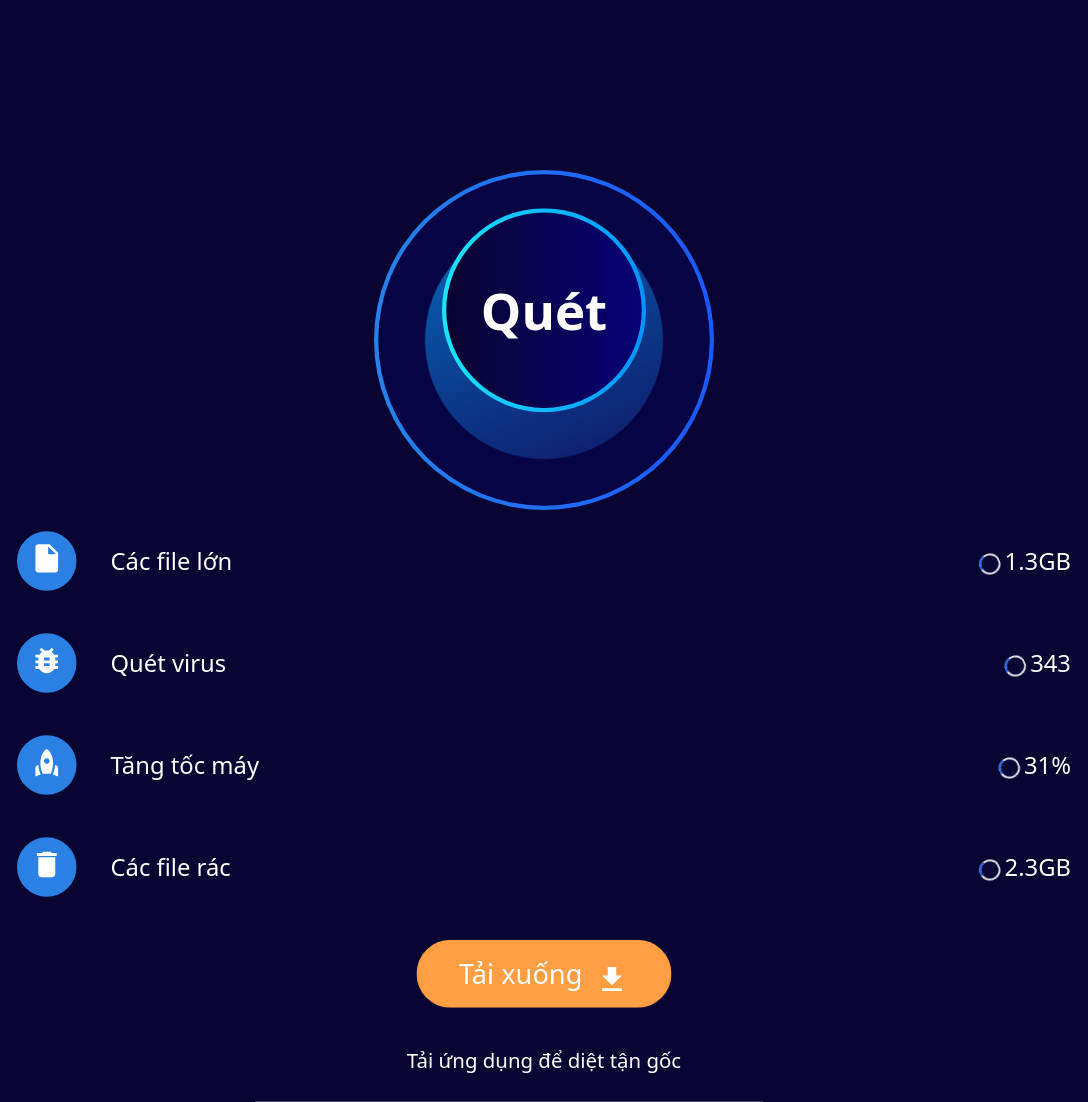
Repository: Kiendz3202/anti-virus-landingpage-mobile
Page: /, after clicking the first element matching `div.from-\[\#1CE5F8\]`
These files come from the project's save history. The page is drawn as it stood at one moment and after the next save; the edit follows.
The browser window is 1280 px wide. The pictures show the whole page, at 85% of full size.
The project was rebuilt for these pictures with package versions that can differ from the ones it lists, and the page was loaded fresh each time. The framework's server and built-in components were replaced by stand-ins that run in the browser. Also part of the build but not shown: next.config.js.

Above is the page before, as saved 2023-01-08 19:14:16.

### pages/index.js
import HomeView from '../views';

export default function Home() {
	return <HomeView />;
}

### styles/globals.css
@tailwind base;
@tailwind components;
@tailwind utilities;

@layer base {
	html {
		/* font-size: calc(15px + 0.390625vw); //15px */
		font-size: 10px;
	}

	* {
		box-sizing: border-box;
	}

	@media (max-width: 640px) {
		html {
			font-size: 7px;
		}
	}

	@media (min-width: 640px) {
		html {
			font-size: 7px;
		}
	}

	@media (min-width: 768px) {
		html {
			font-size: 8px;
		}
	}

	@media (min-width: 1024px) {
		html {
			font-size: 9px;
		}
	}

	@media (min-width: 1280px) {
		html {
			font-size: 10px;
		}
	}
}

### views/index.js
import React, { useEffect, useState } from 'react';
import ScanResult from '../components/ScanResult';
import ScanShield from '../components/ScanShield';
import { delay } from '../utils/delay';

function HomeView() {
	// const [isCheckingInitial, setIsCheckingInitial] = useState(true);
	const [loadingScan, setLoadingScan] = useState(false);
	const [showResult, setShowResult] = useState(false);
	// useEffect(() => {
	// 	const intervalID = setTimeout(() => {
	// 		setIsCheckingInitial((toggle) => !toggle);
	// 	}, 2000);

	// 	return () => clearInterval(intervalID);
	// }, []);

	const scanHandle = async () => {
		if (!showResult) {
			// setIsCheckingInitial(false);
			setLoadingScan(true);
			// await delay(4000);
			setLoadingScan(false);
			setShowResult(true);
		}
	};
	return (
		<div className="h-screen bg-[#080533]">
			<div
				className={` w-full   transition-all ease-in-out duration-[1500ms] pt-[20rem] ${
					showResult ? ' h-[0px]' : 'h-screen'
				}`}
			>
				<div
					className={`bg-[#08043D] h-[40rem] w-[40rem] mx-auto rounded-full flex items-center justify-center ${
						showResult ? 'hidden' : ''
					}`}
				>
					<div className=" bg-[#070446] h-[32rem] w-[32rem] rounded-full flex items-center justify-center relative">
						<div className="bg-gradient-to-r from-[#0F2171] to-[#075DAF] h-[28rem] w-[28rem] rounded-full flex items-center justify-center animate-spin"></div>
						<div
							onClick={scanHandle}
							className=" bg-gradient-to-r from-[#1CE5F8] to-[#0092FF] h-[24rem] w-[24rem] rounded-full flex items-center justify-center absolute top-[4rem]"
						>
							<div className=" bg-gradient-to-r from-[#08042E] to-[#060075] h-[23rem] w-[23rem] rounded-full flex items-center justify-center ">
								<span className="text-white text-[6rem] font-semibold">
									Quét
								</span>
							</div>
						</div>
					</div>
				</div>
			</div>
			{showResult ? (
				<div className="text-white">
					<ScanShield />
					<ScanResult />
				</div>
			) : (
				''
			)}
		</div>
	);
}

export default HomeView;

### components/ScanResult.js
import InsertDriveFileIcon from '@mui/icons-material/InsertDriveFile';
import BugReportIcon from '@mui/icons-material/BugReport';
import RocketIcon from '@mui/icons-material/Rocket';
import DeleteIcon from '@mui/icons-material/Delete';
import FileDownloadIcon from '@mui/icons-material/FileDownload';
import { useState, useEffect } from 'react';
import { delay } from '../utils/delay';

function getRandomArbitrary(min, max) {
	return Math.random() * (max - min) + min;
}

function ScanResult() {
	const [isScanning, setIsScanning] = useState(true);
	const [bigFile, setBigFile] = useState(
		getRandomArbitrary(0.3, 2).toString().slice(0, 3)
	);
	const [virus, setVirus] = useState(
		getRandomArbitrary(108, 352).toString().split('.')[0]
	);
	const [speedPercent, setSpeedPercent] = useState(
		getRandomArbitrary(30, 80).toString().split('.')[0]
	);
	const [trashFile, setTrashFile] = useState(
		getRandomArbitrary(0.2, 3).toString().slice(0, 3)
	);
	const arr = Array.from(Array(30).keys());

	const loopAsync = async () => {
		for (const number of arr) {
			setBigFile(() => getRandomArbitrary(0.3, 2).toString().slice(0, 3));
			setVirus(
				() => getRandomArbitrary(108, 352).toString().split('.')[0]
			);
			setSpeedPercent(
				() => getRandomArbitrary(30, 80).toString().split('.')[0]
			);
			setTrashFile(() =>
				getRandomArbitrary(0.2, 3).toString().slice(0, 3)
			);
			await delay(200);
		}
		setIsScanning(false);
	};
	useEffect(() => {
		loopAsync();
	}, []);

	// const bigFile = getRandomArbitrary(0.3, 2).toString().slice(0, 3);
	// const virus = getRandomArbitrary(108, 352).toString().split('.')[0];
	// const speedPercent = getRandomArbitrary(30, 80).toString().split('.')[0];
	// const trashFile = getRandomArbitrary(0.2, 3).toString().slice(0, 3);
	// console.log(trashFile);
	return (
		<div className="bg-[#080533]">
			{/* big file  */}
			<div className="flex justify-between  h-[12rem] items-center text-[2.8rem] font-medium ">
				<div>
					<div className="bg-[#2A81E3] text-white rounded-full w-[7rem] h-[7rem] ml-[2rem]">
						<InsertDriveFileIcon
							sx={{
								fontSize: '4rem',
								marginLeft: '1.5rem',
								marginTop: '1.2rem',
							}}
						/>
					</div>
				</div>
				<div className=" mr-auto ml-[4rem]">Các file lớn</div>
				<div className="flex">
					{isScanning && (
						<div role="status">
							<svg
								aria-hidden="true"
								class="inline w-10 h-10 mr-2 text-gray-200 animate-spin dark:text-gray-600 fill-blue-600"
								viewBox="0 0 100 101"
								fill="none"
								xmlns="http://www.w3.org/2000/svg"
							>
								<path
									d="M100 50.5908C100 78.2051 77.6142 100.591 50 100.591C22.3858 100.591 0 78.2051 0 50.5908C0 22.9766 22.3858 0.59082 50 0.59082C77.6142 0.59082 100 22.9766 100 50.5908ZM9.08144 50.5908C9.08144 73.1895 27.4013 91.5094 50 91.5094C72.5987 91.5094 90.9186 73.1895 90.9186 50.5908C90.9186 27.9921 72.5987 9.67226 50 9.67226C27.4013 9.67226 9.08144 27.9921 9.08144 50.5908Z"
									fill="currentColor"
								/>
								<path
									d="M93.9676 39.0409C96.393 38.4038 97.8624 35.9116 97.0079 33.5539C95.2932 28.8227 92.871 24.3692 89.8167 20.348C85.8452 15.1192 80.8826 10.7238 75.2124 7.41289C69.5422 4.10194 63.2754 1.94025 56.7698 1.05124C51.7666 0.367541 46.6976 0.446843 41.7345 1.27873C39.2613 1.69328 37.813 4.19778 38.4501 6.62326C39.0873 9.04874 41.5694 10.4717 44.0505 10.1071C47.8511 9.54855 51.7191 9.52689 55.5402 10.0491C60.8642 10.7766 65.9928 12.5457 70.6331 15.2552C75.2735 17.9648 79.3347 21.5619 82.5849 25.841C84.9175 28.9121 86.7997 32.2913 88.1811 35.8758C89.083 38.2158 91.5421 39.6781 93.9676 39.0409Z"
									fill="currentFill"
								/>
							</svg>
							<span class="sr-only">Loading...</span>
						</div>
					)}
					<div className="pr-[2rem]">{bigFile}GB</div>
				</div>
			</div>
			{/* diet virus  */}
			<div className="flex justify-between  h-[12rem] items-center text-[2.8rem] font-medium">
				<div>
					<div className="bg-[#2A81E3] text-white rounded-full w-[7rem] h-[7rem] ml-[2rem]">
						<BugReportIcon
							sx={{
								fontSize: '4rem',
								marginLeft: '1.5rem',
								marginTop: '1.2rem',
							}}
						/>
					</div>
				</div>
				<div className=" mr-auto ml-[4rem]">Quét virus</div>
				<div className="flex">
					{isScanning && (
						<div role="status">
							<svg
								aria-hidden="true"
								class="inline w-10 h-10 mr-2 text-gray-200 animate-spin dark:text-gray-600 fill-blue-600"
								viewBox="0 0 100 101"
								fill="none"
								xmlns="http://www.w3.org/2000/svg"
							>
								<path
									d="M100 50.5908C100 78.2051 77.6142 100.591 50 100.591C22.3858 100.591 0 78.2051 0 50.5908C0 22.9766 22.3858 0.59082 50 0.59082C77.6142 0.59082 100 22.9766 100 50.5908ZM9.08144 50.5908C9.08144 73.1895 27.4013 91.5094 50 91.5094C72.5987 91.5094 90.9186 73.1895 90.9186 50.5908C90.9186 27.9921 72.5987 9.67226 50 9.67226C27.4013 9.67226 9.08144 27.9921 9.08144 50.5908Z"
									fill="currentColor"
								/>
								<path
									d="M93.9676 39.0409C96.393 38.4038 97.8624 35.9116 97.0079 33.5539C95.2932 28.8227 92.871 24.3692 89.8167 20.348C85.8452 15.1192 80.8826 10.7238 75.2124 7.41289C69.5422 4.10194 63.2754 1.94025 56.7698 1.05124C51.7666 0.367541 46.6976 0.446843 41.7345 1.27873C39.2613 1.69328 37.813 4.19778 38.4501 6.62326C39.0873 9.04874 41.5694 10.4717 44.0505 10.1071C47.8511 9.54855 51.7191 9.52689 55.5402 10.0491C60.8642 10.7766 65.9928 12.5457 70.6331 15.2552C75.2735 17.9648 79.3347 21.5619 82.5849 25.841C84.9175 28.9121 86.7997 32.2913 88.1811 35.8758C89.083 38.2158 91.5421 39.6781 93.9676 39.0409Z"
									fill="currentFill"
								/>
							</svg>
							<span class="sr-only">Loading...</span>
						</div>
					)}
					<div className="pr-[2rem]">{virus}</div>
				</div>
			</div>
			{/* tang toc  */}
			<div className="flex justify-between  h-[12rem] items-center text-[2.8rem] font-medium">
				<div>
					<div className="bg-[#2A81E3] text-white rounded-full w-[7rem] h-[7rem] ml-[2rem]">
						<RocketIcon
							sx={{
								fontSize: '4rem',
								marginLeft: '1.5rem',
								marginTop: '1.2rem',
							}}
						/>
					</div>
				</div>
				<div className=" mr-auto ml-[4rem]">Tăng tốc máy</div>
				<div className="flex">
					{isScanning && (
						<div role="status">
							<svg
								aria-hidden="true"
								class="inline w-10 h-10 mr-2 text-gray-200 animate-spin dark:text-gray-600 fill-blue-600"
								viewBox="0 0 100 101"
								fill="none"
								xmlns="http://www.w3.org/2000/svg"
							>
								<path
									d="M100 50.5908C100 78.2051 77.6142 100.591 50 100.591C22.3858 100.591 0 78.2051 0 50.5908C0 22.9766 22.3858 0.59082 50 0.59082C77.6142 0.59082 100 22.9766 100 50.5908ZM9.08144 50.5908C9.08144 73.1895 27.4013 91.5094 50 91.5094C72.5987 91.5094 90.9186 73.1895 90.9186 50.5908C90.9186 27.9921 72.5987 9.67226 50 9.67226C27.4013 9.67226 9.08144 27.9921 9.08144 50.5908Z"
									fill="currentColor"
								/>
								<path
									d="M93.9676 39.0409C96.393 38.4038 97.8624 35.9116 97.0079 33.5539C95.2932 28.8227 92.871 24.3692 89.8167 20.348C85.8452 15.1192 80.8826 10.7238 75.2124 7.41289C69.5422 4.10194 63.2754 1.94025 56.7698 1.05124C51.7666 0.367541 46.6976 0.446843 41.7345 1.27873C39.2613 1.69328 37.813 4.19778 38.4501 6.62326C39.0873 9.04874 41.5694 10.4717 44.0505 10.1071C47.8511 9.54855 51.7191 9.52689 55.5402 10.0491C60.8642 10.7766 65.9928 12.5457 70.6331 15.2552C75.2735 17.9648 79.3347 21.5619 82.5849 25.841C84.9175 28.9121 86.7997 32.2913 88.1811 35.8758C89.083 38.2158 91.5421 39.6781 93.9676 39.0409Z"
									fill="currentFill"
								/>
							</svg>
							<span class="sr-only">Loading...</span>
						</div>
					)}
					<div className="pr-[2rem]">{speedPercent}%</div>
				</div>
			</div>
			{/* Các file rác   */}
			<div className="flex justify-between  h-[12rem] items-center text-[2.8rem] font-medium">
				<div>
					<div className="bg-[#2A81E3] text-white rounded-full w-[7rem] h-[7rem] ml-[2rem]">
						<DeleteIcon
							sx={{
								fontSize: '4rem',
								marginLeft: '1.5rem',
								marginTop: '1.2rem',
							}}
						/>
					</div>
				</div>
				<div className=" mr-auto ml-[4rem]">Các file rác</div>
				<div className="flex">
					{isScanning && (
						<div role="status">
							<svg
								aria-hidden="true"
								class="inline w-10 h-10 mr-2 text-gray-200 animate-spin dark:text-gray-600 fill-blue-600"
								viewBox="0 0 100 101"
								fill="none"
								xmlns="http://www.w3.org/2000/svg"
							>
								<path
									d="M100 50.5908C100 78.2051 77.6142 100.591 50 100.591C22.3858 100.591 0 78.2051 0 50.5908C0 22.9766 22.3858 0.59082 50 0.59082C77.6142 0.59082 100 22.9766 100 50.5908ZM9.08144 50.5908C9.08144 73.1895 27.4013 91.5094 50 91.5094C72.5987 91.5094 90.9186 73.1895 90.9186 50.5908C90.9186 27.9921 72.5987 9.67226 50 9.67226C27.4013 9.67226 9.08144 27.9921 9.08144 50.5908Z"
									fill="currentColor"
								/>
								<path
									d="M93.9676 39.0409C96.393 38.4038 97.8624 35.9116 97.0079 33.5539C95.2932 28.8227 92.871 24.3692 89.8167 20.348C85.8452 15.1192 80.8826 10.7238 75.2124 7.41289C69.5422 4.10194 63.2754 1.94025 56.7698 1.05124C51.7666 0.367541 46.6976 0.446843 41.7345 1.27873C39.2613 1.69328 37.813 4.19778 38.4501 6.62326C39.0873 9.04874 41.5694 10.4717 44.0505 10.1071C47.8511 9.54855 51.7191 9.52689 55.5402 10.0491C60.8642 10.7766 65.9928 12.5457 70.6331 15.2552C75.2735 17.9648 79.3347 21.5619 82.5849 25.841C84.9175 28.9121 86.7997 32.2913 88.1811 35.8758C89.083 38.2158 91.5421 39.6781 93.9676 39.0409Z"
									fill="currentFill"
								/>
							</svg>
							<span class="sr-only">Loading...</span>
						</div>
					)}
					<div className="pr-[2rem]">{trashFile}GB</div>
				</div>
			</div>
			{/* Tai ung dung   */}
			<div className="flex flex-col   items-center text-[3.2rem] font-medium mt-[4rem] pb-[3rem]">
				<div className="flex items-center justify-center bg-[#FF9E43] text-white rounded-full w-[30rem] h-[8rem] active:opacity-60 cursor-pointer animate-bounce">
					<div>Tải xuống</div>
					<div>
						<FileDownloadIcon
							sx={{
								fontSize: '4rem',
								marginLeft: '1.5rem',
								marginTop: '1.2rem',
							}}
						/>
					</div>
				</div>
				<div className="mt-[3rem] text-[2.4rem] font-normal">
					Tải ứng dụng để diệt tận gốc
				</div>
			</div>
		</div>
	);
}

export default ScanResult;

### components/ScanShield.js
import React from 'react';

function ScanShield() {
	return (
		<div>
			<div
				className={` bg-gradient-to-r from-[#2483EA] to-[#1A58FD] h-[40rem] w-[40rem] mx-auto rounded-full flex items-center justify-center `}
			>
				<div className=" bg-[#070446] h-[39rem] w-[39rem] rounded-full flex items-center justify-center relative">
					<div className="bg-gradient-to-r from-[#0F2171] to-[#075DAF] h-[28rem] w-[28rem] rounded-full flex items-center justify-center animate-spin"></div>
					<div className=" bg-gradient-to-r from-[#1CE5F8] to-[#0092FF] h-[24rem] w-[24rem] rounded-full flex items-center justify-center absolute top-[4rem]">
						<div className=" bg-gradient-to-r from-[#08042E] to-[#060075] h-[23rem] w-[23rem] rounded-full flex items-center justify-center ">
							<span className="text-white text-[6rem] font-semibold">
								Quét
							</span>
						</div>
					</div>
				</div>
			</div>
		</div>
	);
}

export default ScanShield;

### utils/delay.js
export const delay = (m) => new Promise((r) => setTimeout(r, m));

### tailwind.config.js
/** @type {import('tailwindcss').Config} */
module.exports = {
	content: [
		'./pages/**/*.{js,ts,jsx,tsx}',
		'./components/**/*.{js,ts,jsx,tsx}',
		'./views/**/*.{js,ts,jsx,tsx}',
	],
	theme: {
		extend: {},
	},
	plugins: [],
};

Loaded but not shown: pages/_app.js (common file); pages/_document.js (common file)

After the next save:
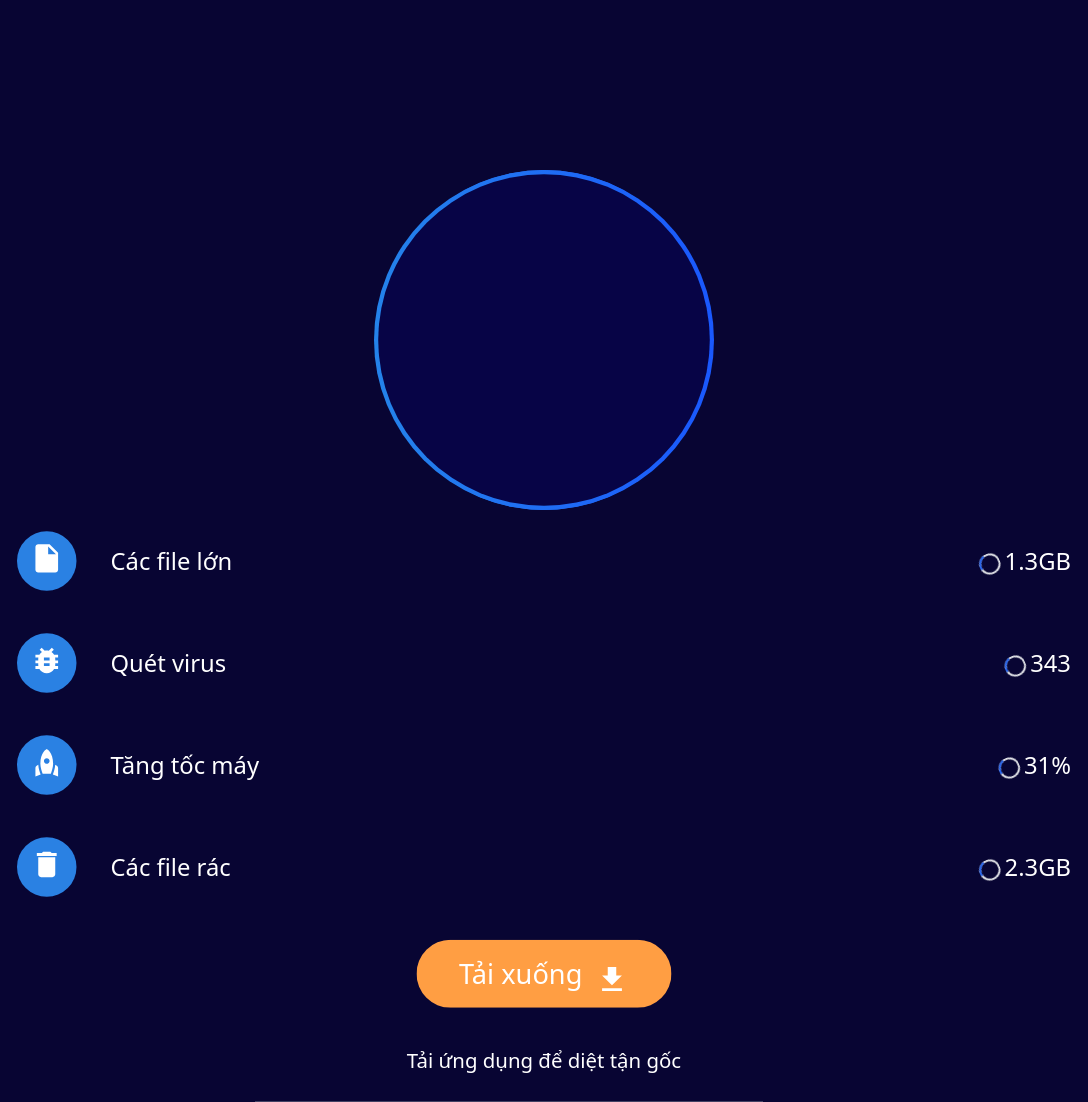
Saved 29 s later.
--- a/components/ScanShield.js
+++ b/components/ScanShield.js
@@ -7,13 +7,10 @@
 				className={` bg-gradient-to-r from-[#2483EA] to-[#1A58FD] h-[40rem] w-[40rem] mx-auto rounded-full flex items-center justify-center `}
 			>
 				<div className=" bg-[#070446] h-[39rem] w-[39rem] rounded-full flex items-center justify-center relative">
-					<div className="bg-gradient-to-r from-[#0F2171] to-[#075DAF] h-[28rem] w-[28rem] rounded-full flex items-center justify-center animate-spin"></div>
-					<div className=" bg-gradient-to-r from-[#1CE5F8] to-[#0092FF] h-[24rem] w-[24rem] rounded-full flex items-center justify-center absolute top-[4rem]">
-						<div className=" bg-gradient-to-r from-[#08042E] to-[#060075] h-[23rem] w-[23rem] rounded-full flex items-center justify-center ">
-							<span className="text-white text-[6rem] font-semibold">
-								Quét
-							</span>
-						</div>
+					<div
+						className={` bg-gradient-to-r from-[#2483EA] to-[#1A58FD] h-[40rem] w-[40rem] mx-auto rounded-full flex items-center justify-center `}
+					>
+						<div className=" bg-[#070446] h-[39rem] w-[39rem] rounded-full flex items-center justify-center relative"></div>
 					</div>
 				</div>
 			</div>
